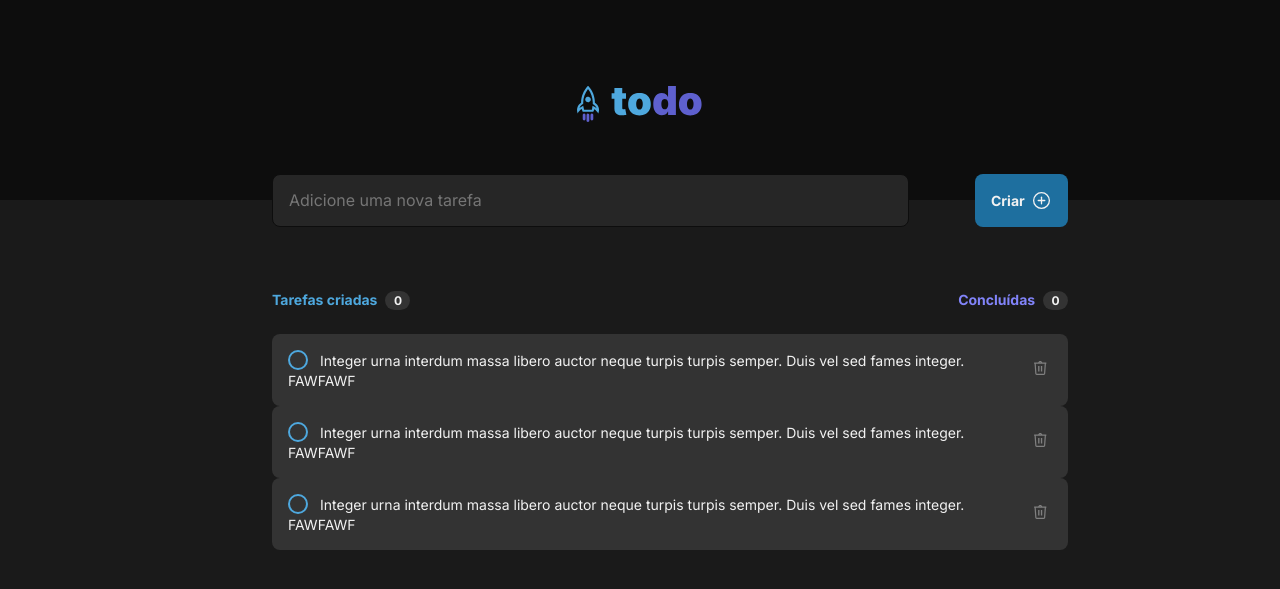
Repository: viniimartins/ToDoListROCKETSEAT
Page: /
These files come from the project's save history. The page is drawn as it stood at one moment and after the next save; the edit follows.
The browser window is 1280 px wide. The pictures show the whole page.
The project was rebuilt for these pictures with package versions that can differ from the ones it lists, and the page was loaded fresh each time. Also part of the build but not shown: vite.config.ts.

Above is the page before, as saved 2023-05-08 14:23:28.

After the next save:
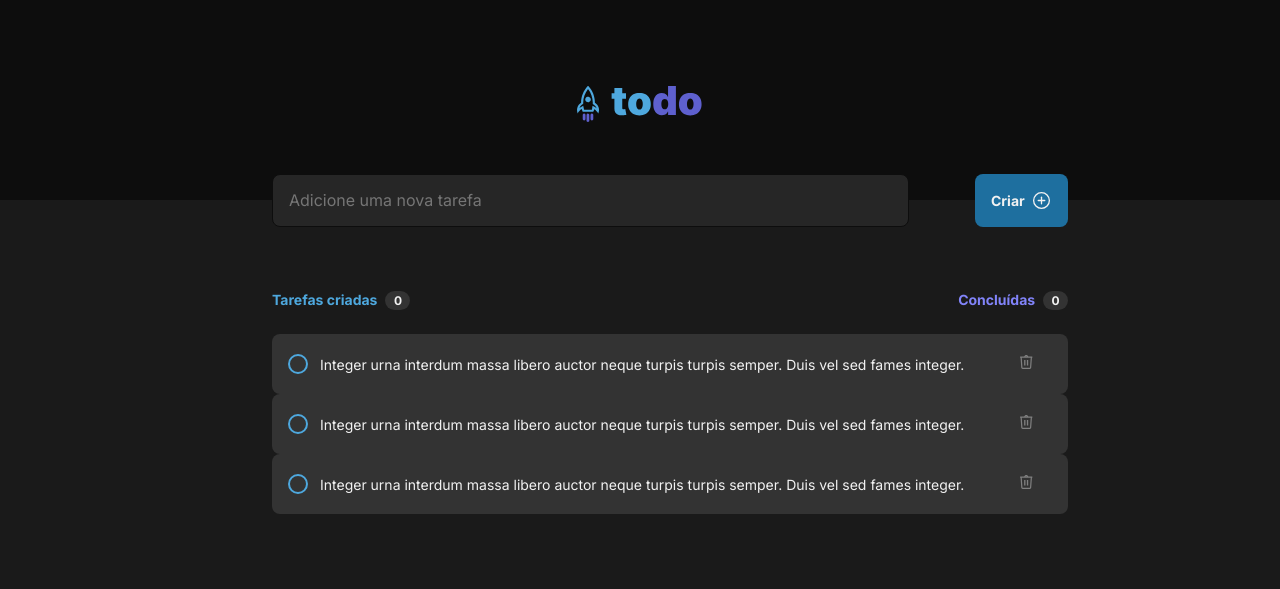
Saved 5 s later.
--- a/src/Components/TaskCreated.tsx
+++ b/src/Components/TaskCreated.tsx
@@ -20,7 +20,7 @@ export function TaskCreated({ label }: Props) {
         <span className={styles.checkmark}></span>
         <span className={styles.label}>
           Integer urna interdum massa libero auctor neque turpis turpis semper.
-          Duis vel sed fames integer. FAWFAWF
+          Duis vel sed fames integer.
         </span>
       </label>
 
